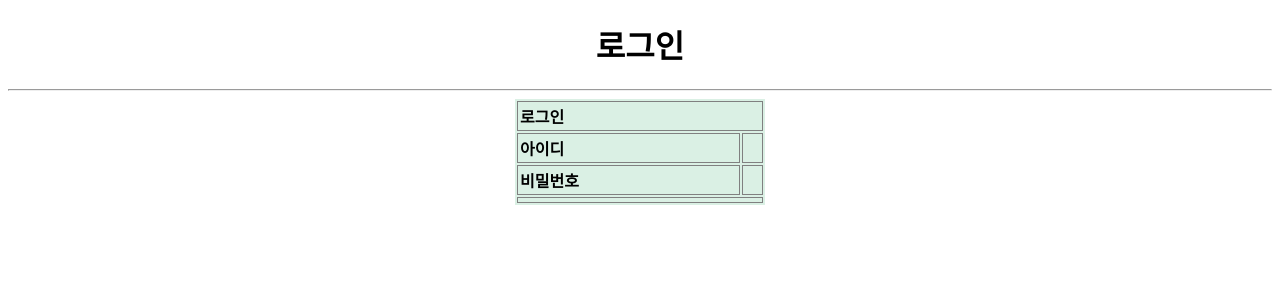
Repository: nijooymik/smartfactory
Page: http://localhost/t0721/new_login_form.jsp
The author's editor kept a copy of each file at every save. The page is drawn from the files as they stood at one save, then again after the next save.
The browser window is 1280 px wide. The pictures show the whole page.
The page is served by Tomcat 9. Other server files are loaded and not shown.

Above is the page before, as saved 2022-07-21 06:01:34.

### jsp/t0721/src/main/webapp/new_login_form.jsp
<%@ page language="java" contentType="text/html; charset=EUC-KR"
	pageEncoding="EUC-KR"%>
<!DOCTYPE html>
<html>
<head>
<meta charset="EUC-KR">
<title>Insert title here</title>
<style>
table {
	width: 250px;
	text-align: center;
	border-collapse: collaps;
	background-color: #daf0e4;
}

td {
	border: 1px solid grey;
	font-weight: bold;
	padding: 2px;
	text-align: left;
}
</style>
</head>
<body>
	<center>
		<h1>로그인</h1>
		<hr>
		<table>
			<tr>
				<td colspan=2 align=center>로그인</td>
			</tr>
			<tr>
				<td>아이디</td>
				<td></td>
			</tr>
			<tr>
				<td>비밀번호</td>
				<td></td>
			</tr>
			<tr>
				<td colspan=2 align=center></td>
			</tr>
		</table>
	</center>
</body>
</html>

After the next save:
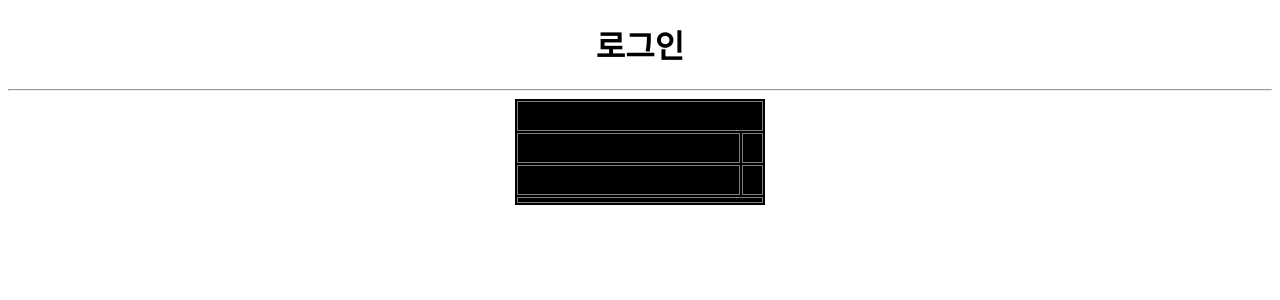
Saved 17 s later.
--- a/jsp/t0721/src/main/webapp/new_login_form.jsp
+++ b/jsp/t0721/src/main/webapp/new_login_form.jsp
@@ -10,7 +10,7 @@ table {
 	width: 250px;
 	text-align: center;
 	border-collapse: collaps;
-	background-color: #daf0e4;
+	background-color: #000000;
 }
 
 td {
